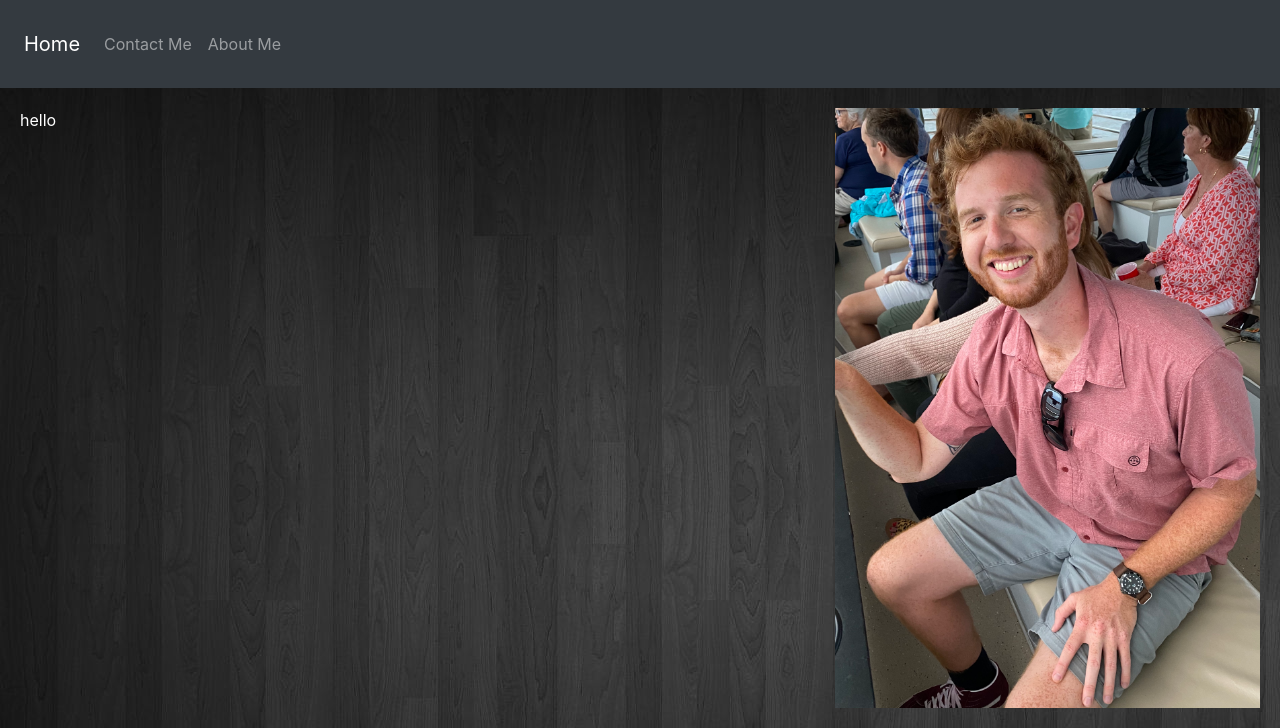
Repository: dupbd/portfolioWebPage
Page: BensSite/src/main/resources/static/aboutMe.html
The author's editor kept a copy of each file at every save. The page is drawn from the files as they stood at one save, then again after the next save.
The browser window is 1280 px wide. The pictures show the whole page.

Above is the page before, as saved 2021-02-04 01:42:53.

### BensSite/src/main/resources/static/aboutMe.html
<!DOCTYPE html>
<html>
<head>
	<title>Ben Dupont</title>
	<link rel="stylesheet" href="style.css">
	<link rel="stylesheet" href="https://cdn.jsdelivr.net/npm/bootstrap@4.5.3/dist/css/bootstrap.min.css" integrity="sha384-TX8t27EcRE3e/ihU7zmQxVncDAy5uIKz4rEkgIXeMed4M0jlfIDPvg6uqKI2xXr2" crossorigin="anonymous">
</head>
<body>

	<nav class="navbar navbar-expand-lg navbar-dark bg-dark p-4">
  <button class="navbar-toggler" type="button" data-toggle="collapse" data-target="#navbarTogglerDemo03" aria-controls="navbarTogglerDemo03" aria-expanded="false" aria-label="Toggle navigation">
    <span class="navbar-toggler-icon"></span>
  </button>
  <a class="navbar-brand" href="index.html">Home</a>

  <div class="collapse navbar-collapse" id="navbarTogglerDemo03">
    <ul class="navbar-nav mr-auto mt-2 mt-lg-0">
      <li class="nav-item">
        <a class="nav-link" href="contact.html">Contact Me<span class="sr-only">(current)</span></a>
      </li>
      <li class="nav-item">
        <a class="nav-link" href="aboutMe.html">About Me</a>
      </li>
    </ul>
  </div>
</nav>



<img class="me" src="me.jpeg" alt="It's Me" width="425" height="600" style="margin:20px; float:right;">

<p class="aboutme" style="margin:20px;">hello</p>




</body>

</html>

### BensSite/src/main/resources/static/style.css
#resume {
	 display: block;
  margin-left: auto;
  margin-right: auto;

}
.card {
	margin-left: 100px;
	margin-top: 0px;
	margin-bottom: 50px;


	}


body {
	background-image: url("background.jpg") !important;
	overflow: auto;
	}

.jumbotron {
	background: none !important;
	margin-bottom: 0px !important;
	}

.lead {
	color: lightgrey;
	}

.display-4 {
	color: white;
	}

.aboutme {
	color: white;
	margin-left: 15px;
	}

After the next save:
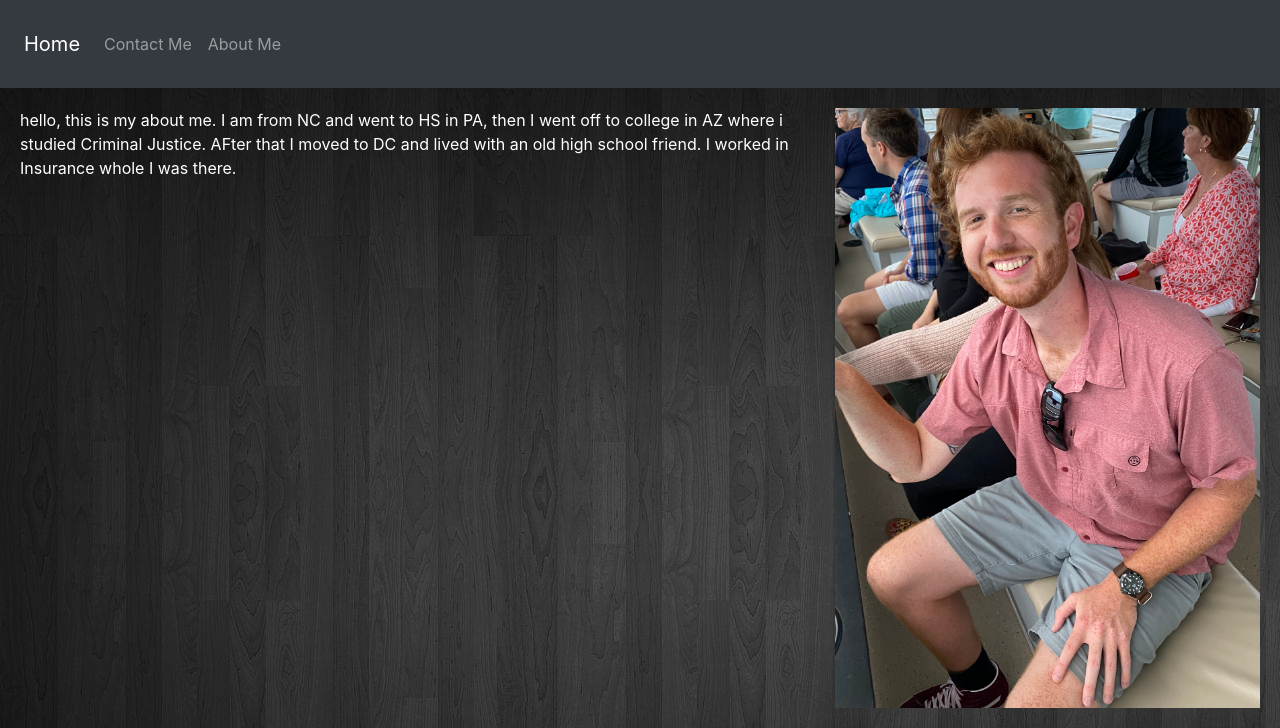
Saved 81 s later.
--- a/BensSite/src/main/resources/static/aboutMe.html
+++ b/BensSite/src/main/resources/static/aboutMe.html
@@ -29,7 +29,9 @@
 
 <img class="me" src="me.jpeg" alt="It's Me" width="425" height="600" style="margin:20px; float:right;">
 
-<p class="aboutme" style="margin:20px;">hello</p>
+<p class="aboutme" style="margin:20px;">hello, this is my about me. I am from NC and went to HS in PA, then I
+went off to college in AZ where i studied Criminal Justice. AFter that I moved to DC and lived with an old high school friend.
+I worked in Insurance whole I was there. </p>
 
 
 
